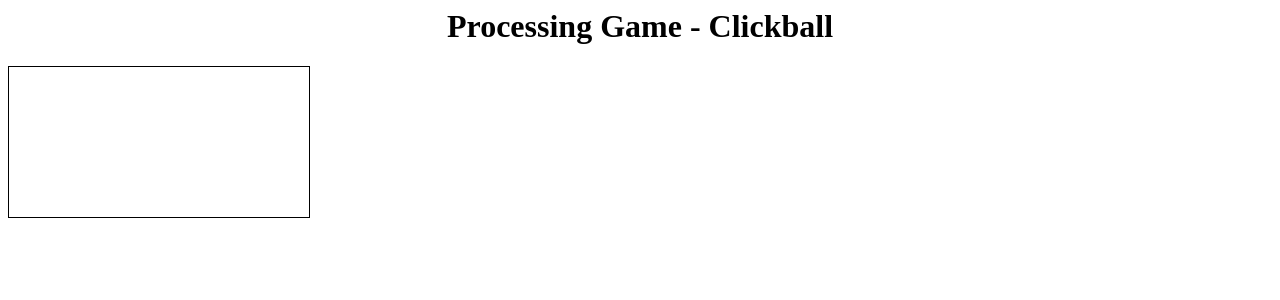
Repository: bluesyrupshed/bluesyrupshed.github.io
Page: flappymegaman.html
The author's editor kept a record of every edit. The page is drawn from the files as they stood at one moment, then again after the next edit.
The browser window is 1280 px wide. The pictures show the whole page.

Above is the page before.
Console error: TypeError: Cannot read properties of null (reading 'bind')

### flappymegaman.html
<!DOCTYPE html w/ Processing>

<html>

<head>
    <meta http-equiv="Content-Type" content="text/html; charset=UTF-8" />
    <title>Bouncing Ball</title>
    <link rel="shortcut icon" type="image/x-icon" href="computer favicon.png">
    <script type="text/javascript" src="./js/processing.js"></script>
</head>

<body>
    <center>
        <h1>Processing Game - Clickball</h1>
    </center>
    <center>
        <p></p>
    </center>

    <script type="text/processing">

      PImage bg, megaman, topPipe, bottomPipe;
int bgx, bgy, mx, my, g, Vmy;
int[] pipeX, pipeY;
int gameState, score, highScore;

void setup()
{
  size(800, 620);
  bg = loadImage("./img/megamanbg.jpg");
  megaman = loadImage("./img/megaman.png");
  bottomPipe = loadImage("./img/bottompipe.png");
  topPipe = loadImage("./img/toppipe.png");
  mx = 100;
  my = 50;
  g = 1;
  pipeX = new int[5];
  pipeY = new int[pipeX.length];

  for (int i = 0; i < pipeX.length; i++)
  {
    pipeX[i] = width + 200*i;
    pipeY[i] = (int)random(-350, 0);
  }
  gameState = -1;
}

void draw()
{
  if (gameState == -1)
  {
    startScreen();
  } else if (gameState==0)
  {
    setBg();
    setPipes();
    megaman(); //PUTS KIRBY ON TOP -- Draws him last
    displayScore();
  } else
  {
    endScreen();
    restart();
  }
}

void endScreen()
{
  fill(150, 150, 250, 100);
  if (mouseX > 90 && mouseX < 595 && mouseY > 150 && mouseY < 290)
  {
    fill(150, 250, 150, 100);
  }
  rect(90, 150, 505, 140, 5);
  fill(0);
  textSize(40);
  text("Megaman died     : (", 200, 200);
  text("Click HERE to play again.", 100, 270);
}

void restart()
{
  // CHECK TO MAKE SURE THE MOUSE IS IN THE 'BOX'
  if (mouseX > 90 && mouseX < 595 && mouseY > 150 && mouseY < 290)
  {

    if (mousePressed)
    {
      my = height/2;
      for (int i = 0; i < pipeX.length; i++)
      {
        pipeX[i] = width + 200*i;
        pipeY[i] = (int)random(-350, 0);
      }
      score = 0;
      gameState = 0;
    }
  }
}
void displayScore()
{
  if (score>highScore)
  {
    highScore = score;
  }
  //Background for ScoreBoard
  fill(160, 160, 160, 200); //Last# is opacity (Clearness)
  rect(width-175, 10, 155, 80, 5);
  fill(0);
  textSize(32);
  text("Score: " + score, width - 170, 40);
  text("High:  " + highScore, width - 170, 80);
}

void startScreen()
{
  image(bg, 0, 0);
  textSize(45);
  text("Welcome to Flappy Bird!", 40, 100);
  text("Click the mouse to begin...", 40, 200);
  if (mousePressed)
  {
    my = height/2;
    gameState = 0;
  }
}

void setPipes()
{
  // moves the Pipes
  for (int i = 0; i < pipeX.length; i++)
  {
    image(topPipe, pipeX[i], pipeY[i]);
    image(bottomPipe, pipeX[i], pipeY[i] + 680);
    pipeX[i]-= 2;
    if (score > 10)
    {
      pipeX[i]--;  // speed up at 10 points
    }
    if (score > 20)
    {
      pipeX[i]--;  // second speed up at 20 points
    }
    if (pipeX[i] < -200)
    {
      pipeX[i] = width;
    }

    // check for collision
    if (mx > (pipeX[i]-58) && mx < pipeX[i] + 96)
    {

      if (!(my > pipeY[i] + 250 && my < pipeY[i] + (449 + 231)))
      {
        fill(255, 0, 0, 200);
        textSize(24);
        rect(20, height - 223, 455, 32);
        fill(0);
        text("Megaman hit a pipe", 20, height - 200);
        gameState = 1;
      } else if (mx==pipeX[i] || mx == pipeX[i] + 1)
      {
        score++;
      }
    }
  }
}


void megaman()
{
  image(megaman, mx, my);
  my = my + Vmy;
  Vmy = Vmy + g;
  if (my > height || my < 0)
  {
    fill(255, 0, 0, 140);
    textSize(24);
    text("Megaman fell off the screen", 20, 44);
    gameState=1;
  }
}

void mousePressed()
{
  Vmy = -15;
}

void setBg()
{
  image(bg, bgx, bgy);
  image(bg, bgx + bg.width, bgy);
  bgx--;
  if (bgx < -bg.width)
  {
    bgx = 0;
  }
}



    </script>
    <canvas id="sketch" style="border: 1px solid black;"></canvas>

</body>

</html>

Loaded but not shown: js/processing.js (library)

After the next edit:
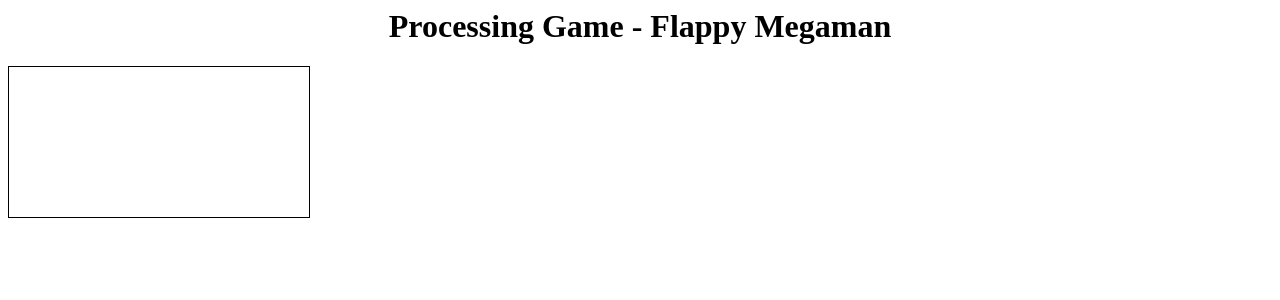
The edit:
--- a/flappymegaman.html
+++ b/flappymegaman.html
@@ -11,7 +11,7 @@
 
 <body>
     <center>
-        <h1>Processing Game - Clickball</h1>
+        <h1>Processing Game - Flappy Megaman</h1>
     </center>
     <center>
         <p></p>
